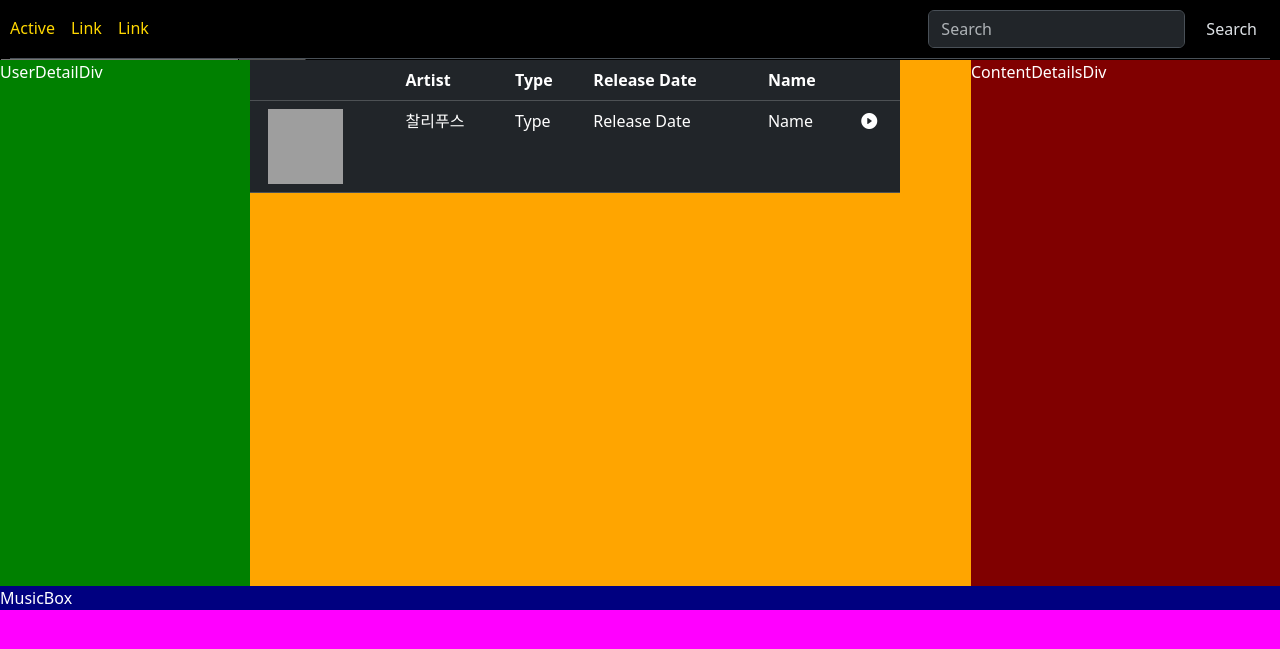
Repository: budflower44/My_Music_Life
Page: http://localhost/my_music_life/WEB-INF/views/mml/main.jsp
The author's editor kept a copy of each file at every save. The page is drawn from the files as they stood at one save, then again after the next save.
The browser window is 1280 px wide. The pictures show the whole page.
Pictures or frames that could not be fetched are drawn as grey boxes. The page is served by Tomcat 9. Nobody is signed in. Other server files are loaded and not shown. The template is opened directly, without the code that normally fills it, so the values that code supplies are empty.

Above is the page before, as saved 2024-02-16 04:31:16.
Console error: TypeError: Cannot read properties of null (reading 'addEventListener')

### my_music_life/src/main/webapp/WEB-INF/views/mml/main.jsp
<%@ page language="java" contentType="text/html; charset=UTF-8"
    pageEncoding="UTF-8"%>
<!DOCTYPE html>
<html>
<head>
<meta charset="UTF-8">
<title>Insert title here</title>
</head>
<link rel="stylesheet" href="https://cdn.jsdelivr.net/npm/bootstrap-icons@1.10.5/font/bootstrap-icons.css">
<link href="https://cdn.jsdelivr.net/npm/bootstrap@5.3.1/dist/css/bootstrap.min.css" rel="stylesheet" integrity="sha384-4bw+/aepP/YC94hEpVNVgiZdgIC5+VKNBQNGCHeKRQN+PtmoHDEXuppvnDJzQIu9" crossorigin="anonymous">
<script src="https://cdn.jsdelivr.net/npm/@popperjs/core@2.11.8/dist/umd/popper.min.js" integrity="sha384-I7E8VVD/ismYTF4hNIPjVp/Zjvgyol6VFvRkX/vR+Vc4jQkC+hVqc2pM8ODewa9r" crossorigin="anonymous"></script>
<script src="https://cdn.jsdelivr.net/npm/bootstrap@5.3.1/dist/js/bootstrap.min.js" integrity="sha384-Rx+T1VzGupg4BHQYs2gCW9It+akI2MM/mndMCy36UVfodzcJcF0GGLxZIzObiEfa" crossorigin="anonymous"></script>
<style>
body{
	background-color : black;
	color: white;
	padding: 0;
	margin: 0;
}
.parentsDiv{
	height: 100vh;
	width: 100vw;
	display: flex;
	flex-direction: column;
}
.HeaderDiv{
	height: 60px;
}
.MidDiv{
	height: calc(100vh - 214px);
	min-height: calc(100vh - 194px);
	display:flex;
}
.FooterDiv{
	background-color: fuchsia;
	height: 154px;
	padding: 0;
	margin: 0;
	position:sticky;
	top: calc(100vh - 214px);
}
.SearchLineDiv{

}
.UserDetailDiv{
	background-color: green;
	width: 250px;
	min-width: 250px;
}
.ContentsDiv{
	background-color: orange;
	width: 100%;
	height:calc(100vw-550px);
	display: flex;
	justify-content: space-between;
	overflow: scroll;
}
.ContentDiv{
	background-color: lime;
	width: 70%;
	height: calc(100vw-550px);
	overflow: scroll;
	align-items: flex-start;
}
.ContentDetailsDiv{
	background-color: maroon;
	width: 30%;
	min-width: 300px;
	height: 100%
}
.MusicBox{
	background-color: navy;
	padding: 0;
	margin: 0;

}
.searchDiv{
	background-color: black;
	width: 650px;
	height: 75px;
}
.searchDiv img{
	margin-left: 10px;
}
.searchDiv span{
	text-align: center;
}
.playIcon {
	display: inline;
}

.navDiv{
	position:sticky;
	padding-left: 10px;
	padding-right: 10px;
}
.nav-link{
	color: gold;
}
.nav-link:hover {
	color: white;
}
.navbar{
	background-color: black;
}
.table{
	width: 800px;
	max-width: 650px;
}
</style>
<body>
<div class="parentsDiv">
	<div class="HeaderDiv">
		<div class="SearchLineDiv">
				<div class="navDiv">
					<nav class="navbar border-bottom border-body" data-bs-theme="dark">
						<ul class="nav nav-underline justify-content-end">
							<li class="nav-item"><a class="nav-link" aria-current="page" href="#">Active</a></li>
							<li class="nav-item"><a class="nav-link" href="#">Link</a></li>
							<li class="nav-item"><a class="nav-link" href="#">Link</a></li>
						</ul>
						<form class="d-flex" role="search">
        					<input class="form-control me-2 " id="searchKeyword" type="search" placeholder="Search" aria-label="Search">
        					<button class="btn" type="button" id="searchBtn">Search</button>
      					</form>
					</nav>
				</div>
				<input type="text" id="searchKeyword"><button type="button" id="searchBtn">Search</button>
		</div>
	</div>
	<div class="MidDiv">
		<div class="UserDetailDiv">UserDetailDiv</div>
		<div class="ContentsDiv">
			<div class="contentDiv">
				<div class="searchDiv" id="MusicBox">
				<table id="SearchBox" class="table table-dark table-hover">
					<tr>
						<th></th>
						<th>Artist</th>
						<th>Type</th>
						<th>Release Date</th>
						<th>Name</th>
						<th></th>
					</tr>
					<tr>
						<td>
						<img alt="" src="https://i.scdn.co/image/ab67616d0000b273a3b39c1651a617bb09800fd8" style="height:75px; width:75px; display:inline;">
						</td>
						<td>찰리푸스</td>
						<td>Type</td>
						<td>Release Date</td>
						<td>Name</td>
						<td><i class="bi bi-play-circle-fill"></i></td>
					</tr>
				</table>
				</div>
			</div>
			<div class="ContentDetailsDiv">ContentDetailsDiv</div>
		</div>
	</div>
	<div class="FooterDiv">
		<div class="MusicBox" >MusicBox</div>
	</div>
	<div></div>
</div>

<script src="/resources/js/spotifyAPI.js"></script>

</body>
</html>

Loaded but not shown: my_music_life/src/main/webapp/resources/js/spotifyAPI.js (910 lines, source omitted)

After the next save:
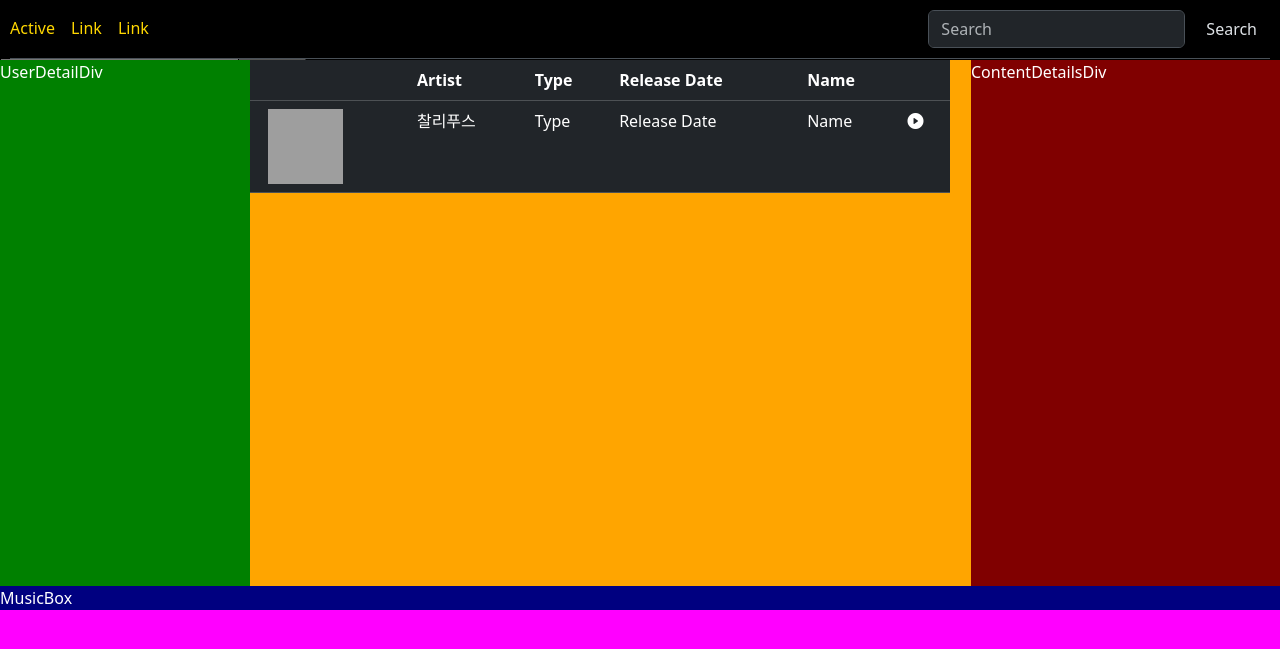
Saved 7 s later.
--- a/my_music_life/src/main/webapp/WEB-INF/views/mml/main.jsp
+++ b/my_music_life/src/main/webapp/WEB-INF/views/mml/main.jsp
@@ -105,7 +105,7 @@
 }
 .table{
 	width: 800px;
-	max-width: 650px;
+	max-width: 700px;
 }
 </style>
 <body>

After the save that followed:
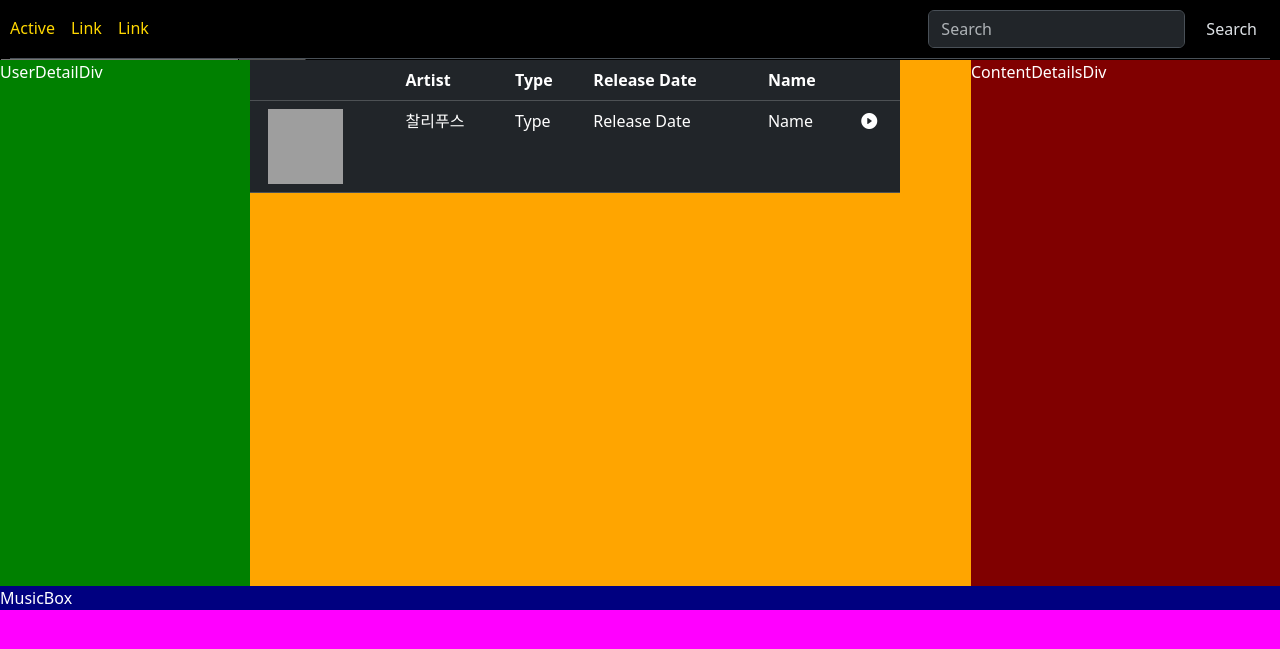
Saved 25 s later.
--- a/my_music_life/src/main/webapp/WEB-INF/views/mml/main.jsp
+++ b/my_music_life/src/main/webapp/WEB-INF/views/mml/main.jsp
@@ -105,7 +105,7 @@
 }
 .table{
 	width: 800px;
-	max-width: 700px;
+	max-width: 650px;
 }
 </style>
 <body>
